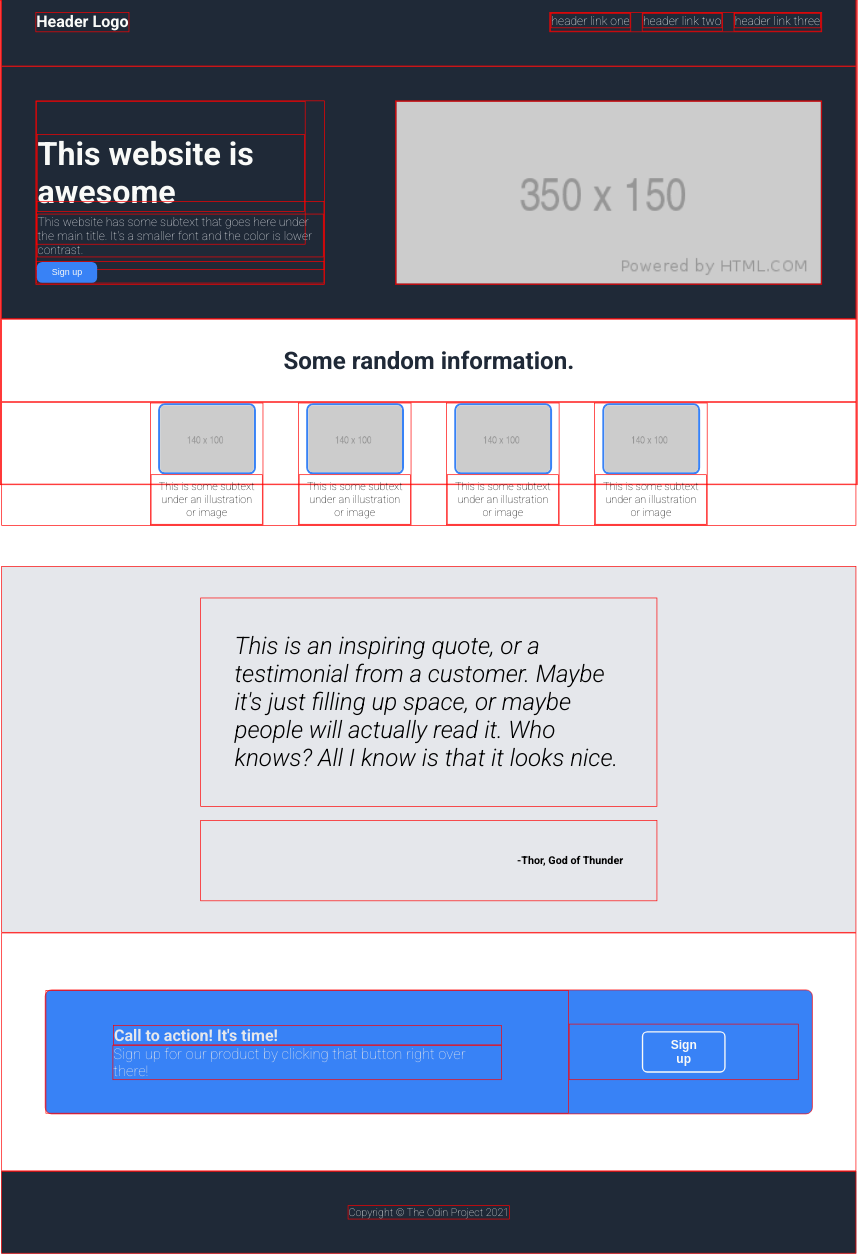
Repository: weazzyefff/The-Landing-Page
Page: index.html
The author's editor kept a copy of each file at every save. The page is drawn from the files as they stood at one save, then again after the next save.
The browser window is 1280 px wide. The pictures show the whole page, at 67% of full size.

Above is the page before, as saved 2022-11-01 19:39:28.
Not found: index.js

### index.html
<!DOCTYPE html>
<html lang="en">

<head>
  <meta charset="UTF-8">
  <meta name="viewport" content="width=device-width, initial-scale=1.0">
  <meta http-equiv="X-UA-Compatible" content="ie=edge">
  <title>The Landing Page</title>
  <link rel="stylesheet" href="css/styles.css">
  <link rel="preconnect" href="https://fonts.googleapis.com">
  <link rel="preconnect" href="https://fonts.gstatic.com" crossorigin>
  <link href="https://fonts.googleapis.com/css2?family=Roboto:ital,wght@0,100;0,700;1,300&display=swap"
    rel="stylesheet">
</head>

<body>
  <div class="header">
    <div class="icon">
      Header Logo
    </div>
    <ul class="right-links">
      <li><a href="#">header link one</a></li>
      <li><a href="#">header link two</a></li>
      <li><a href="#">header link three</a></li>
    </ul>
  </div>
  <div class="hero-container">
    <div class="hero-left">
      <div class="main-text">
        <p>This website is awesome</p>
      </div>
      <div class="secondary-text">
        <p>This website has some subtext that goes here under the main title. It's a smaller
          font and the color is lower contrast.
        </p>
      </div>
      <div class="button-container">
        <button class="button">Sign up</button>
      </div>
    </div>
    <div class="hero-right">
      <img src="img/350x150.png" class="hero-img" alt="Placeholder image">
    </div>
  </div>
  <div class="title">
    Some random information.
  </div>
  <div class="gallery-container">
    <div class="info">
      <img src="img/140x100.png" alt="Placeholder Image">
      <div class="text">This is some subtext under an illustration or image</div>
    </div>
    <div class="info">
      <img src="img/140x100.png" alt="Placeholder Image">
      <div class="text">This is some subtext under an illustration or image</div>
    </div>
    <div class="info">
      <img src="img/140x100.png" alt="Placeholder Image">
      <div class="text">This is some subtext under an illustration or image</div>
    </div>
    <div class="info">
      <img src="img/140x100.png" alt="Placeholder Image">
      <div class="text">This is some subtext under an illustration or image</div>
    </div>
  </div>
  <div class="quote-container">
    <div class="quote">This is an inspiring quote, or a testimonial from a
      customer. Maybe it's just filling up space, or maybe people will
      actually read it. Who knows? All I know is that it looks nice. </div>
    <div class="quotee">-Thor, God of Thunder</div>
  </div>
  <div class="call-container">
    <div class="inside-container">
      <div class="left-side">
        <p class="top-line">
          Call to action! It's time!
        </p>
        <p class="bottom-line">
          Sign up for our product by clicking that button right over there!
        </p>
      </div>
      <div class="right-side">
        <button>
          Sign up
        </button>
      </div>
    </div>
  </div>
  </div>
  <div class="footer">
    <div class="footerContent">
      Copyright © The Odin Project 2021
    </div>
  </div>
  <script src="index.js"></script>
</body>

</html>

### css/styles.css
* {
    border: 1px solid red;
}

.header,
.footer {
    display: flex;
    justify-content: space-between;
    padding: 50px;
    background-color: #1F2937;
    color: #f9faf8;
}

.header {
    margin-top: -35px
}

.footer {
    font-weight: 200;
    justify-content: center;
}

body {
    display: flex;
    height: 100vh;
    margin: 0;
    font-family: 'Roboto', sans-serif;
    flex-direction: column;
}

ul {
    list-style-type: none;
    display: flex;
    margin: 0;
    padding: 0;
    gap: 16px;
}

.header a {
    text-decoration: none;
    color: #f9faf8;
    font-size: 18px;
}

.icon {
    display: flex;
    font-size: 24px;
    font-weight: 800;
}

.footerContent {
    display: flex;
    justify-content: center;
    align-items: center;
}

.hero-container {
    display: flex;
    justify-content: space-between;
    padding: 50px;
    background-color: #1F2937;
    color: #E5E7EB;
}

.hero-left {
    display: flex;
    flex-direction: column;
    background-color: #1F2937;
    font-size: 18px;
    color: #E5E7EB;
}

.hero-left .main-text {
    font-size: 48px;
    color: #f9faf8;
    font-weight: 800;
}

.main-text {
    width: 400px;
    margin-bottom: -65px;
}

.secondary-text {
    width: 428px;
    margin-bottom: -13px;
}

.hero-right {
    display: flex;
    justify-content: center;
    align-items: center;
}

.hero-img {
    display: flex;
    justify-content: center;
    align-items: center;
    width: 633px;
}

.button {
    background-color: #3882f6;
    color: #f9faf8;
    padding: 8px 16px;
    border-radius: 8px;
    display: flex;
    align-items: center;
    justify-content: center;
    width: 90px;
    border-style: none;

}

.gallery-container {
    display: flex;
    justify-content: center;
    gap: 52px;
    margin-bottom: 60px;

}

.title {
    display: flex;
    justify-content: center;
    font-size: 36px;
    font-weight: 800;
    color: #1f2937;
    padding: 40px;
}

.info {
    display: flex;
    justify-content: center;
    flex-direction: column;
    align-items: center;
}

.info img {
    border-radius: 10px;
    border: 3px solid #3882f6;
}

.text {
    width: 149px;
    text-align: center;
    padding: 8px;
}

.quote-container {
    display: flex;
    flex-direction: column;
    justify-content: center;
    background-color: #E5E7EB;
    padding: 46px 296px;
}

.quote {
    padding: 50px;
    font-size: 36px;
    font-style: italic;
    font-weight: 300;
    margin-bottom: 20px;
}

.quotee {
    display: flex;
    justify-content: right;
    font-weight: 800;
    padding: 50px;
}

.call-container {
    display: flex;
    flex-shrink: 0;
    padding: 59px 14px;
    justify-content: center;
    color: #E5E7EB;
}

.inside-container {
    display: flex;
    margin: 25px 50px;
    padding: 0px;
    justify-content: center;
    align-items: center;
    border-radius: 10px;
    background-color: #3882f6;
}

.top-line {
    margin-bottom: -22px;
    margin-left: 1px;
    font-size: 24px;
    font-weight: 800;
}

.bottom-line {
    font-size: 22px;
}
.left-side{
    display: flex;
    padding: 27px 99px;
    flex-direction: column;
}
.right-side{
    display: flex;
    padding: 10px 108px;
    margin-right: 20px;

}
.right-side button{
    border: solid 2px #f9faf8;
    padding: 8px 28px;
    font-size: 18px;
    font-weight: 800;
    border-radius: 8px;
    background-color: #3882f6;
    color: #f9faf8;
}
p {
    display: flex;
    justify-content: start;
}

After the next save:
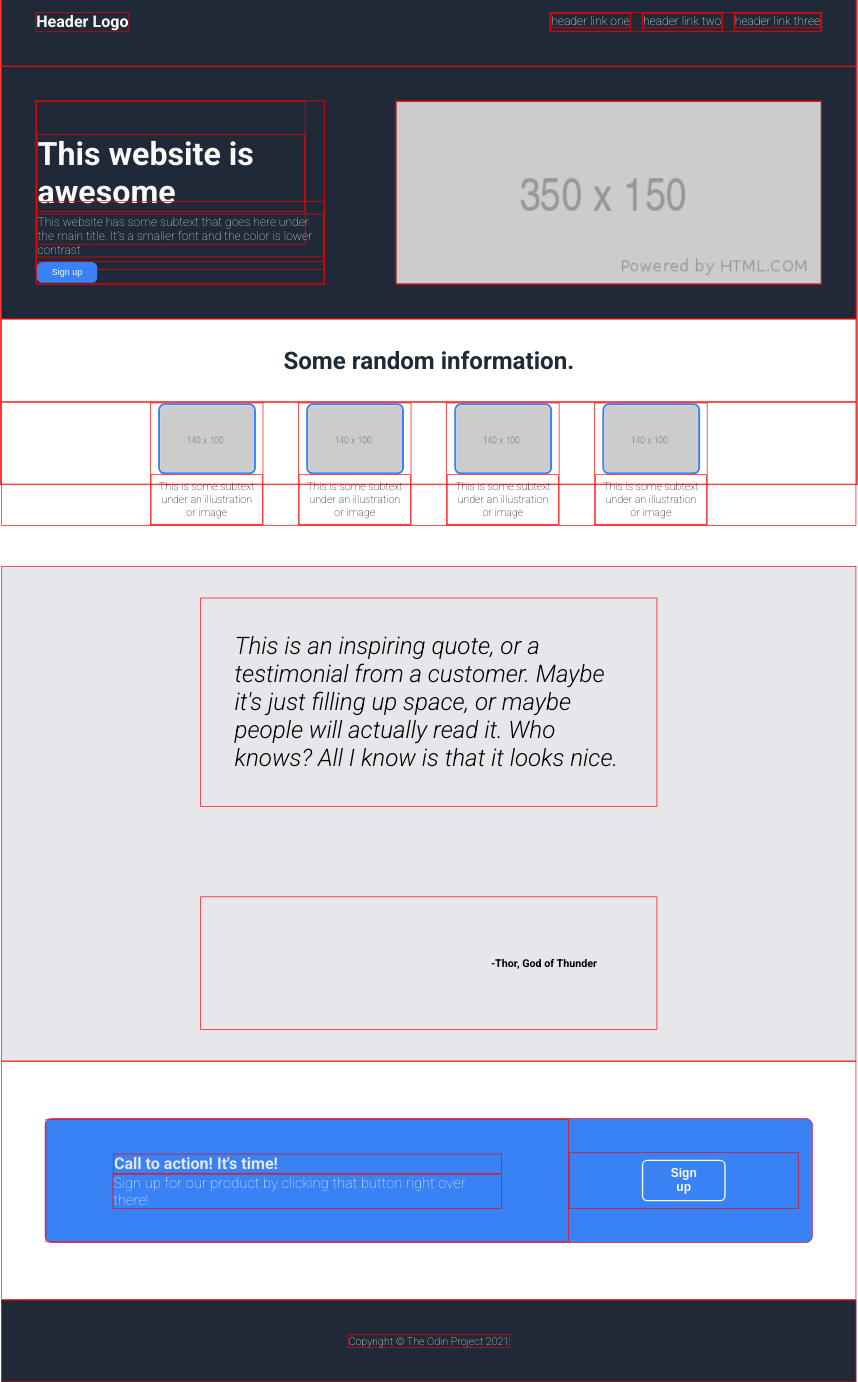
Saved 2 min 12 s later.
--- a/css/styles.css
+++ b/css/styles.css
@@ -160,14 +160,14 @@ ul {
     font-size: 36px;
     font-style: italic;
     font-weight: 300;
-    margin-bottom: 20px;
+    margin-bottom: 134px;
 }
 
 .quotee {
     display: flex;
     justify-content: right;
     font-weight: 800;
-    padding: 50px;
+    padding: 89px;
 }
 
 .call-container {
